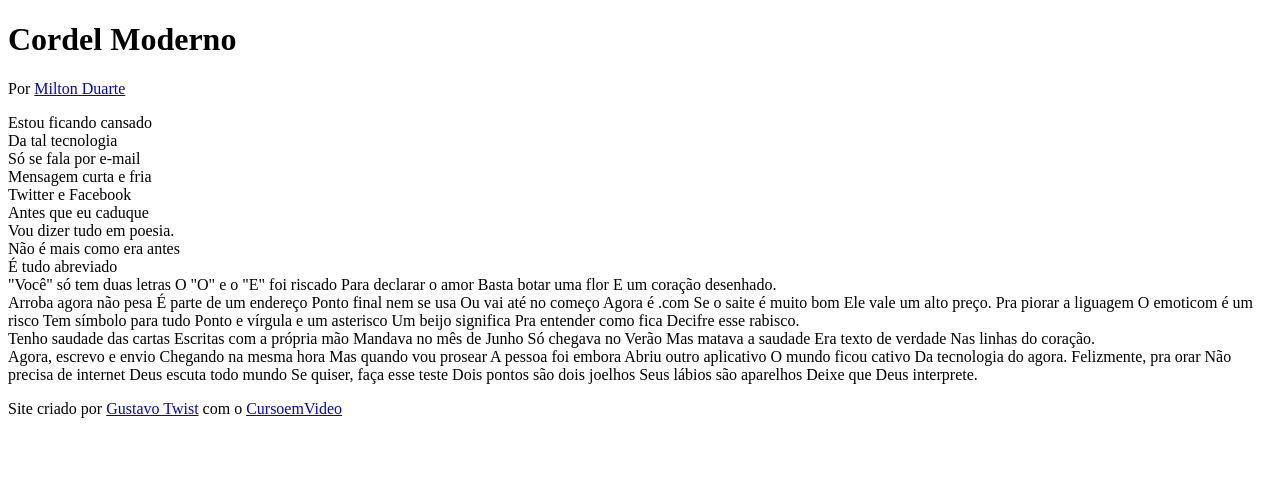
Repository: gustavotwist/projeto-cordel
Page: index.html
An editor plug-in stored every save of this project. The page is shown before and after a run of saves, followed by the edit.
The browser window is 1280 px wide. The pictures show the whole page.

Above is the page before, as saved 2024-04-15 21:36:31.

After the next 2 saves:
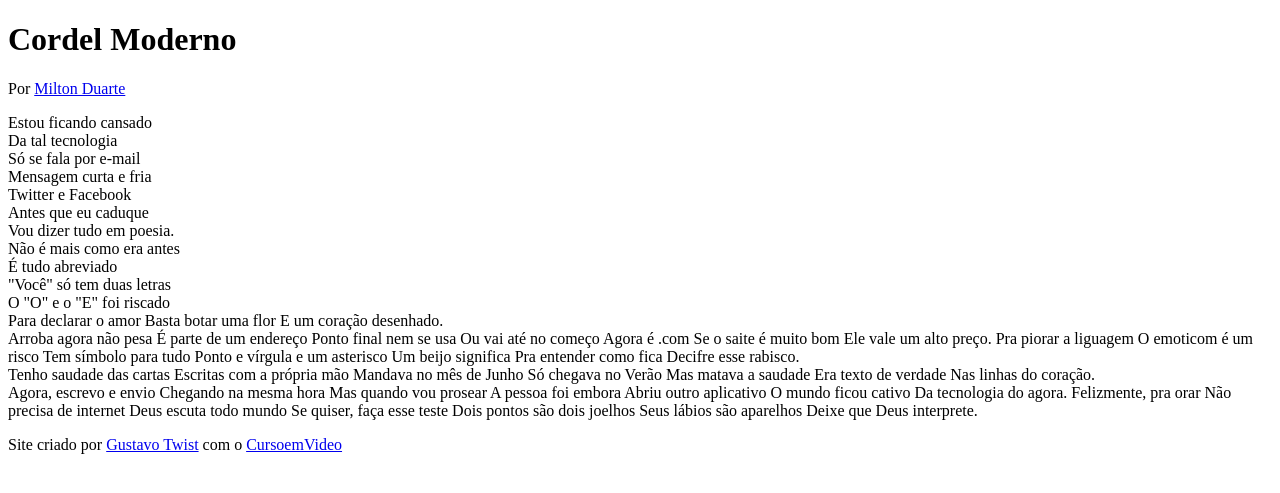
The 2 saves are shown as one change because they came seconds apart.
The last was saved 7 s later.
--- a/index.html
+++ b/index.html
@@ -28,8 +28,8 @@
     <section>
         Não é mais como era antes <br>
         É tudo abreviado <br>
-        "Você" só tem duas letras
-        O "O" e o "E" foi riscado
+        "Você" só tem duas letras <br>
+        O "O" e o "E" foi riscado <br>
         Para declarar o amor
         Basta botar uma flor
         E um coração desenhado.
